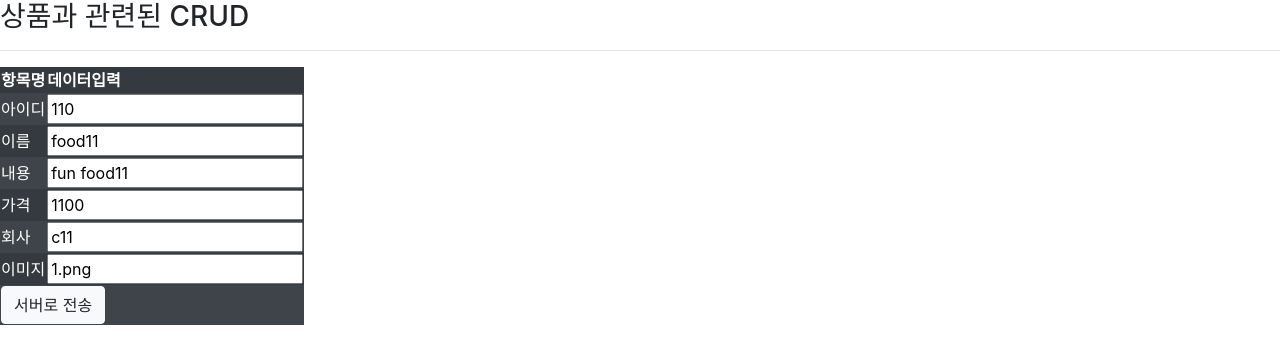
Repository: Hugh-KR/JSP_Project
Page: JSP_Project/src/main/webapp/product_update.html
These files come from the project's save history. The page is drawn as it stood at one moment and after the next save; the edit follows.
The browser window is 1280 px wide. The pictures show the whole page.

Above is the page before, as saved 2022-11-08 01:46:30.

### JSP_Project/src/main/webapp/product_update.html
<!DOCTYPE html>
<html>
<head>
<meta charset="UTF-8">
<title>Insert title here</title>
<!-- CDN방식으로 연결하자! -->
<link 	rel="stylesheet"
		href="https://cdn.jsdelivr.net/npm/bootstrap@4.6.1/dist/css/bootstrap.min.css">
</head>
<body>
<h3>상품과 관련된 CRUD</h3>
<hr>
<form action="product_insert.jsp">
<table class="table-dark table-striped">
    <thead>
      <tr>
        <th>항목명</th>
        <th>데이터입력</th>
      </tr>
    </thead>
    <tbody>
      <tr>
        <td>아이디</td>
        <td>
        	<input name="id" value="110">
		</td>
      </tr>
      <tr>
        <td>이름</td>
        <td>
        	<input name="name" value="food11">
		</td>
      </tr>
      <tr>
        <td>내용</td>
        <td>
        	<input name="content" value="fun food11">
		</td>
      </tr>
      <tr>
        <td>가격</td>
        <td>
        	<input name="price" value="1100">
		</td>
      </tr>
      <tr>
        <td>회사</td>
        <td>
        	<input name="company" value="c11">
		</td>
      </tr>
      <tr>
        <td>이미지</td>
        <td>
        	<input name="img" value="1.png">
		</td>
      </tr>
      <tr>
        <td colspan="2">
        	<button type="submit" class = "btn btn-light">서버로 전송</button>
        </td>

      </tr>
    </tbody>
  </table>
  </form>
</body>
</html>

After the next save:
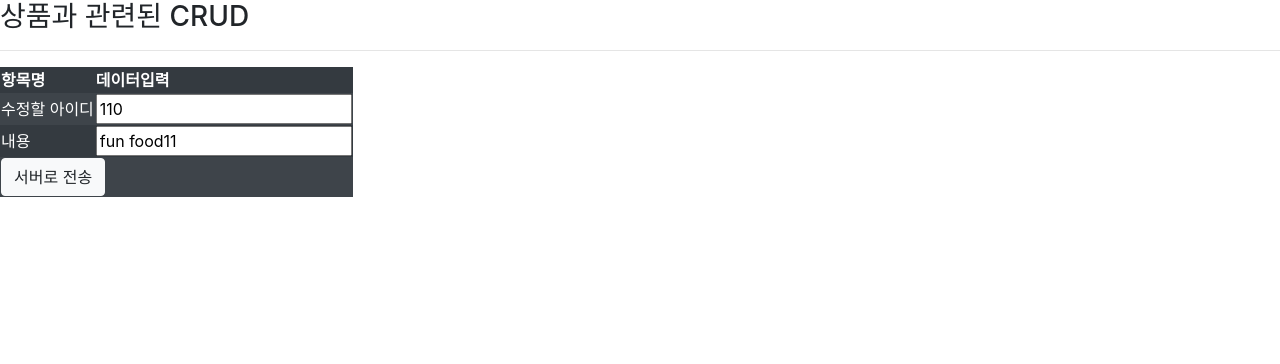
Saved 62 s later.
--- a/JSP_Project/src/main/webapp/product_update.html
+++ b/JSP_Project/src/main/webapp/product_update.html
@@ -20,39 +20,16 @@
     </thead>
     <tbody>
       <tr>
-        <td>아이디</td>
+        <td>수정할 아이디</td>
         <td>
         	<input name="id" value="110">
 		</td>
       </tr>
-      <tr>
-        <td>이름</td>
-        <td>
-        	<input name="name" value="food11">
-		</td>
-      </tr>
+
       <tr>
         <td>내용</td>
         <td>
         	<input name="content" value="fun food11">
-		</td>
-      </tr>
-      <tr>
-        <td>가격</td>
-        <td>
-        	<input name="price" value="1100">
-		</td>
-      </tr>
-      <tr>
-        <td>회사</td>
-        <td>
-        	<input name="company" value="c11">
-		</td>
-      </tr>
-      <tr>
-        <td>이미지</td>
-        <td>
-        	<input name="img" value="1.png">
 		</td>
       </tr>
       <tr>
